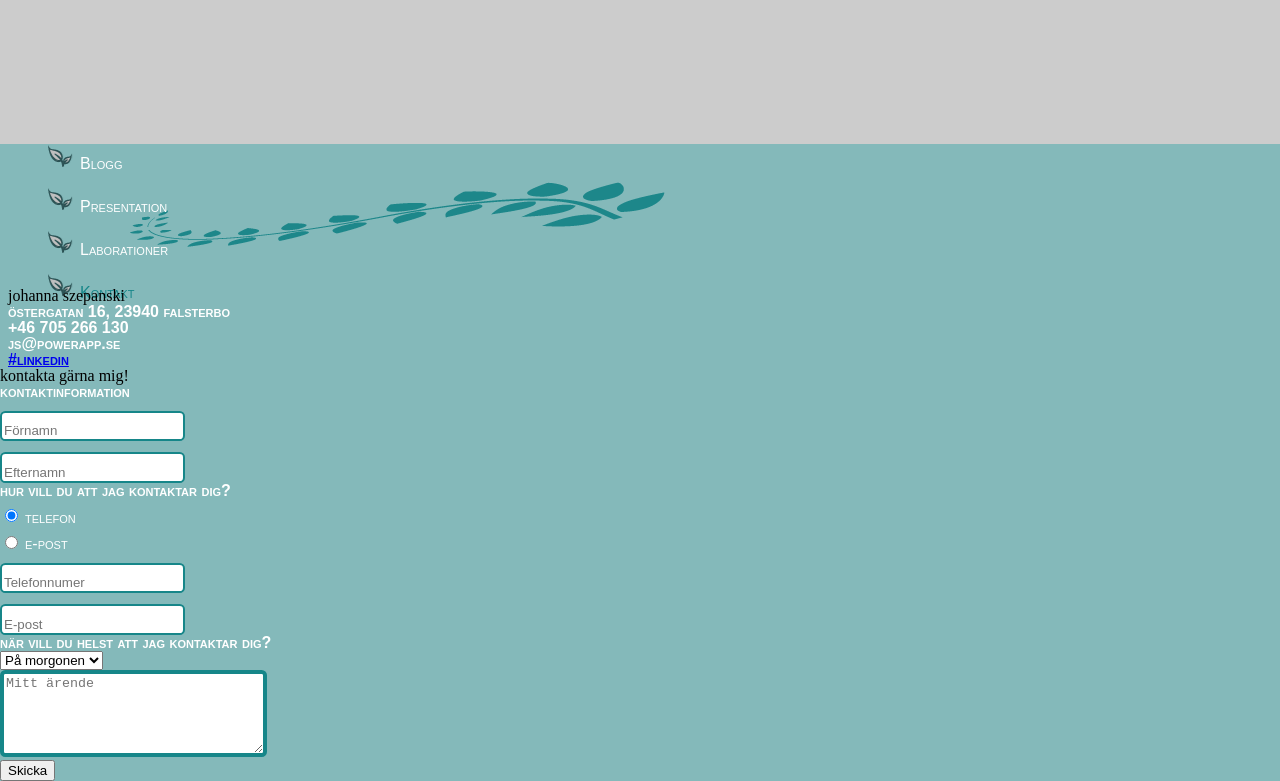
Repository: js223kz/1ik415-laborationer
Page: Pages/contact.html
The author's editor kept a record of every edit. The page is drawn from the files as they stood at one moment, then again after the next edit.
The browser window is 1280 px wide. The pictures show the whole page.

Above is the page before.

### Pages/contact.html
<!doctype html>
<html lang="sv">

<head>
    <meta charset="utf-8" />
    <title>Kontakt</title>
    <link rel="stylesheet" href="../css/style.css" type="text/css" />
</head>

<body>
    <div id="wrapper">
        <header id="contactheader">
            <nav>
                <ul>
                    <li><a href="../index.html">Blogg</a></li>
                    <li><a href="presentation.html">Presentation</a></li>
                    <li><a href="laborations.html">Laborationer</a></li>
                    <li><a href="contact.html" class="active">Kontakt</a></li>
                </ul>
            </nav>
        </header>

            <main>
                <aside class="sidebar" id="contactinfo">
                <h1 id="myname">johanna szepanski</h1>
                <h4 id="myadress">östergatan 16, 23940 falsterbo<br />

                </h4>
                <h4 id="myphone">+46 705 266 130</h4>
                <h4 id="myemail">js@powerapp.se</h4>
                <h4 id="mylinkedin"><a href="#">#linkedin</a></h4>
                </aside>

               <section id="contactform">
                    <form method="POST" action="http://voyager.lnu.se/tekinet/kurser/dtt/wp_webbintro/form.php">
                    <h1>kontakta gärna mig!</h1>
                        <div id="names">
                            <h4 class=contactinfo>kontaktinformation</h4>
                            <div><input type="text" id="firstname" name="firstname" placeholder="Förnamn"/>
                            </div>
                            <div><input type="text" id="lastname" name="lastname" placeholder="Efternamn" />
                            </div>
                        </div>

                        <div id="how">
                            <h4 class=contactinfo>hur vill du att jag kontaktar dig?</h4>
                            <div><input id="phone" value="phone" type="radio" name="detail"checked/>
                            <label for="phone">telefon</label>
                            </div>
                            <div><input id="email" value="email" type="radio" name="detail"/>
                            <label for="email">e-post</label>
                            </div>
                            <div><input type="text" placeholder="Telefonnumer"/>
                            </div>
                            <div><input type="text" placeholder="E-post"/>
                            </div>
                        </div>

                        <div id="when">
                            <h4 class=contactinfo>när vill du helst att jag kontaktar dig?</h4>
                            <select name="whenoption" id="whenoption">
                                <option checked>På morgonen</option>
                                <option>Efter lunch</option>
                                <option>På kvällen</option>
                            </select>
                        </div>

                        <div id="aboutwhat">
                            <textarea cols="30" rows="5" value="whatiwant" placeholder="Mitt ärende"></textarea>
                        </div>

                    <div id="sendbutton">
                        <button type="submit">Skicka</button>
                    </div>
                </form>
            </section>
        </main>
        <footer></footer>
    </div>
</body>
</html>

### css/style.css
/* http://meyerweb.com/eric/tools/css/reset/
   v2.0 | 20110126
   License: none (public domain)
   #455660 = header
*/

html, body, div, span, applet, object, iframe,
h1, h2, h3, h4, h5, h6, p, blockquote, pre,
a, abbr, acronym, address, big, cite, code,
del, dfn, em, img, ins, kbd, q, s, samp,
small, strike, strong, sub, sup, tt, var,
b, u, i, center,
dl, dt, dd, ol, ul, li,
fieldset, form, label, legend,
table, caption, tbody, tfoot, thead, tr, th, td,
article, aside, canvas, details, embed,
figure, figcaption, footer, header, hgroup,
menu, nav, output, ruby, section, summary,
time, mark, audio, video {
	margin: 0;
	padding: 0;
	border: 0;
	font-size: 100%;
	font: inherit;
	vertical-align: baseline;
}
/* HTML5 display-role reset for older browsers */
article, aside, details, figcaption, figure,
footer, header, hgroup, menu, nav, section {
	display: block;
}
body {
	line-height: 1;
	background-color: #cccccc;

}
ol, ul {
	list-style: none;
}
blockquote, q {
	quotes: none;
}
blockquote:before, blockquote:after,
q:before, q:after {
	content: '';
	content: none;
}
table {
	border-collapse: collapse;
	border-spacing: 0;
}

h4{
    font-size: 1em;
    font-family: 'Raleway', sans-serif;
    font-weight: 600;
    font-style: normal;
    font-variant: small-caps;
    color: #ffffff;
}
p{
    font-family: Verdana, Arial, sans-serif;
	font-size: 0.9em;
	line-height: 1.4em;
}
#wrapper{
    width: 80em;
    height: auto;
    margin-left: auto;
    margin-right: auto;
    margin-top: 0.8em;
    background-color: #84b9ba;
}
header{
    height: 9em;
    max-width: 100%;
    background: url(pics/girland.png) left no-repeat;
}
.pageheadline{
    font-family: 'Raleway', sans-serif;
    font-weight: 600;
    font-style: normal;
    font-size: 5em;
    position:relative;
    left: 5.5em;
    top: 1em;
}

nav{
    width: 30%;
    position: relative;
    margin-top: 9em;
    margin-left: 0.5em;
}
nav ul{
    width: 40%;
    margin-bottom: 2em;
    margin-left: 2.5em;
}
nav li{
    height: 2.5em;
    border-bottom: 0.2em solid #84b9ba;
    position: relative;
    background: url('pics/sprites.png') -250px 0px ;
	background-repeat: no-repeat;
}
nav li:hover{background: url('pics/sprites.png') 0px 0px; background-repeat: no-repeat;}

nav a{
    font-size: 1em;
    line-height: 2.5em;
	font-family: 'Raleway', sans-serif;
	text-decoration: none;
	font-variant: small-caps;
	color: #ffffff;
	left: 2.5em;
    padding-left: 2em;
}
nav a:link {text-decoration: none; }
nav a:visited {color: #ffffff; text-decoration: none; }

.active{
    color: #168689;
}
aside{
    width:30%;
    height: auto;
    position: relative;
    clear:both;
    margin-left: 0.5em;
}
.sidebarsection{
    background-color: #168689;
    width: 60%;
    height: 100%;
    margin-left: 2.5em;
}
.sidebarlist{
    padding-bottom: 0.8em;
    padding-top: 0.8em;
    height: auto;
}
.sidebarheadline{
    font-size: 1.5em;
    margin-left: 0.4em;
    font-family: 'Raleway', sans-serif;
    font-variant: small-caps;
}
.sidebarlistitem{
    font-size: 0.7em;
    line-height: 1.4em;
    margin-left: 1.6em;
	font-family: 'Varela', sans-serif;
	color: #ffffff;
}
.sidebarlink{
    text-decoration: underline;
    color: #ffffff;
}

.sidebarlink:link {text-decoration: underline;}
.sidebarlink:visited {color: #ffffff; text-decoration: underline;}
.sidebarlink:hover {color: #8ce9ec; text-decoration: underline;}

.contentsection{
    width: 60%;
    min-height: 700px;
    margin-bottom: 2em;
    margin-left: 35%;
    position: relative;
    margin-top: -24em;
}
.contentarticle{
	width: 100%;
	height: auto;
	margin-bottom: 20px;
	border-bottom: 0.3em solid  #168689;
}
.contentheadline{
    font-size: 2em;
	font-family: 'Raleway', sans-serif;
	font-variant: small-caps;
	color: #000000;
}
.contentlink{
    color: #ffffff;
}

.contentlink:link {text-decoration: underline;}
.contentlink:visited {color: #ffffff; text-decoration: underline;}
.contentlink:hover {color: #8ce9ec; text-decoration: underline;}

.contentparagraph{
    margin-bottom: 0.8em;
    margin-top: 0.8em;
}
.blogfooter{
    margin-top: 0.3em;
    margin-bottom: 0.8em;
	font-size: 0.7em;
	font-family: Verdana, Arial, sans-serif;
	font-style: italic;
}

/*blogimages left or right*/
.left{
	float: right;
	margin: 10px;
}
.right{
	float: left;
	margin: 10px;
}
#copycat.right{
    max-width: 200px;
    float: left;
}

.commentsection{
    width: 100%;
    margin-bottom: 0.8em;
    margin-top: 0.8em;
    margin-left: 0em;
    border-top: 0.1em dotted #168689;
    border-bottom: 0.1em dotted #168689;
}
.commentheadline{
    font-size: 2em;
	font-family: 'Raleway', sans-serif;
	font-variant: small-caps;
	color: #000000;
}
.commentpost{
    font-size: 0.8em;
	font-family: Verdana, Arial, sans-serif;
	font-style: italic;
}
.comment{
    margin-top: 0.8em;
    margin-bottom: 0.8em;
}
.commentauthor{
	font-size: 0.7em;
	font-family: Verdana, Arial, sans-serif;
	font-style: italic;
	margin-bottom: 0.8em;
}
#pagebottom{
    width: 100%;
    height: 2em;
    background-color: #168689;
    clear: both;
}

/*laboration page*/
.gradetable{
    margin-left: 2.5em;
}
.gradetable h1{
    font-size: 1.5em;
    margin-left: 0em;
    margin-top: 1em;
    margin-bottom: 0.2em;
    font-family: 'Raleway', sans-serif;
    font-variant: small-caps;
}
table {
	margin-top: 0em;
}
thead tr th{
    padding: 6px 6px 6px 6px;
	border: 1px solid #ffffff;
}
tfoot tr th{
	border: 1px solid #ffffff;
	padding: 6px 6px 6px 6px;
}
tr{
	border: 1px solid #ffffff;
	padding: 6px 6px 6px 6px;
	font-size: 0.7em;
	line-height: 1.1em;
	font-family: Verdana, Arial, sans-serif;
	color: #000000;
}
td{
	border: 1px solid #ffffff;
	padding: 6px 6px 6px 6px;
}
dl{
    margin-bottom: 0.8em;
}

dt{
	font-family: Verdana, Arial, sans-serif;
	font-size: 0.9em;
	line-height: 1.4em;
}
dd {
	font-family: Verdana, Arial, sans-serif;
	font-size: 0.9em;
	line-height: 1.4em;
}
#contactsidebarsection{
    width: 80%;
}
#contactinfosection{
    height: auto;
    width: 100%;
}
#hcard-Johanna-Szepanski{
    font-size: 1em;
    padding-top: 0.8em;
    padding-bottom: 0.8em;
    line-height: 1.4em;
    text-align: center;
    font-family: Verdana, Arial, sans-serif;
    font-variant: small-caps;
    color: #fff;
}
.formheadlines{
    margin-top: 0.8em;
}
input{
    padding-top: 0.8em;
    margin-top: 0.8em;
    border: 0.2em solid  #168689;
    border-radius: 0.4em;
}
label{
    font-size: 1em;
    font-family: 'Raleway', sans-serif;
    font-variant: small-caps;
    color: #ffffff;
}
textarea{
    border: 0.3em solid  #168689;
    border-radius: 0.4em;
}
.education{
    width: 47%;
    height: auto;
    float: left;
    background-color: #168689;
}
.workexperience{
    width: 47%;
    height: auto;
    float: left;
    margin-left: 6%;
    background-color: #168689;
}
#pagebottom{
    width: 100%;
    height: 3em;
    background-color: #168689;
    clear: both;
}

After the next edit:
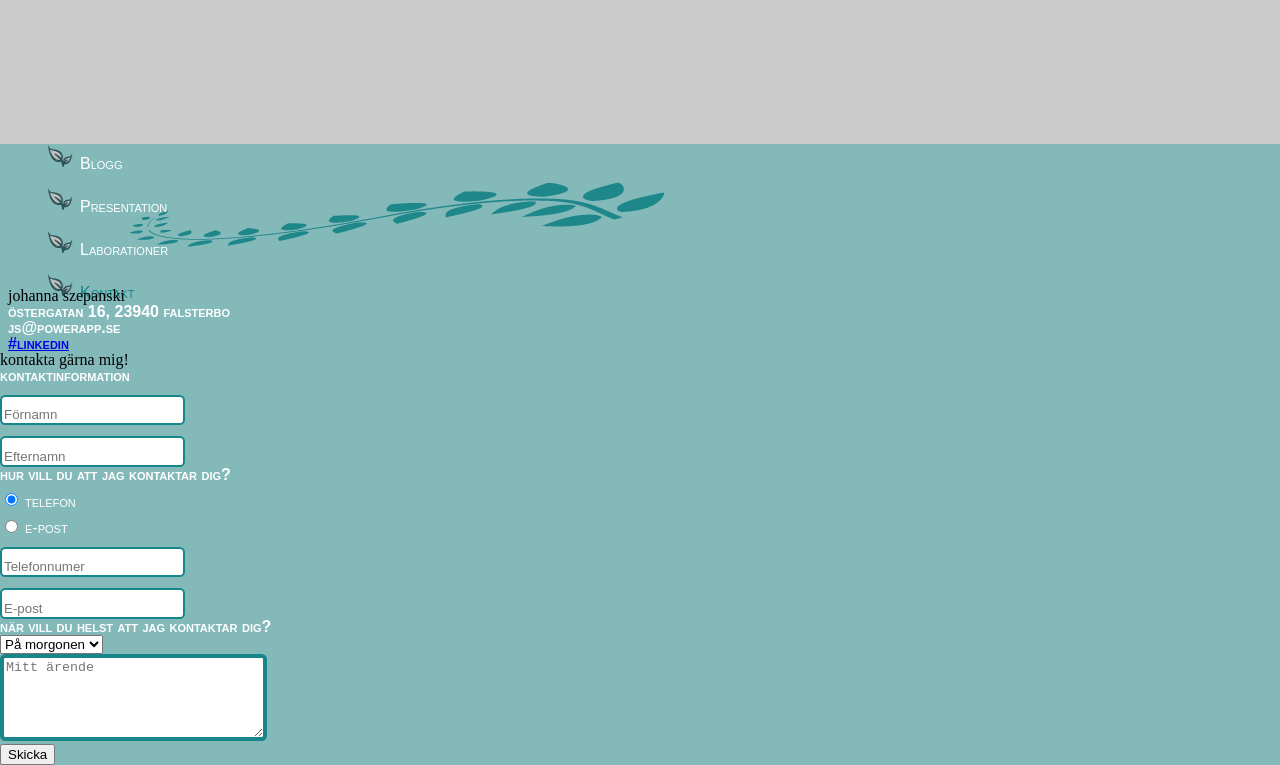
The edit:
--- a/Pages/contact.html
+++ b/Pages/contact.html
@@ -26,7 +26,7 @@
                 <h4 id="myadress">östergatan 16, 23940 falsterbo<br />
 
                 </h4>
-                <h4 id="myphone">+46 705 266 130</h4>
+                <h4 id="myphone"></h4>
                 <h4 id="myemail">js@powerapp.se</h4>
                 <h4 id="mylinkedin"><a href="#">#linkedin</a></h4>
                 </aside>

After the edit that followed:
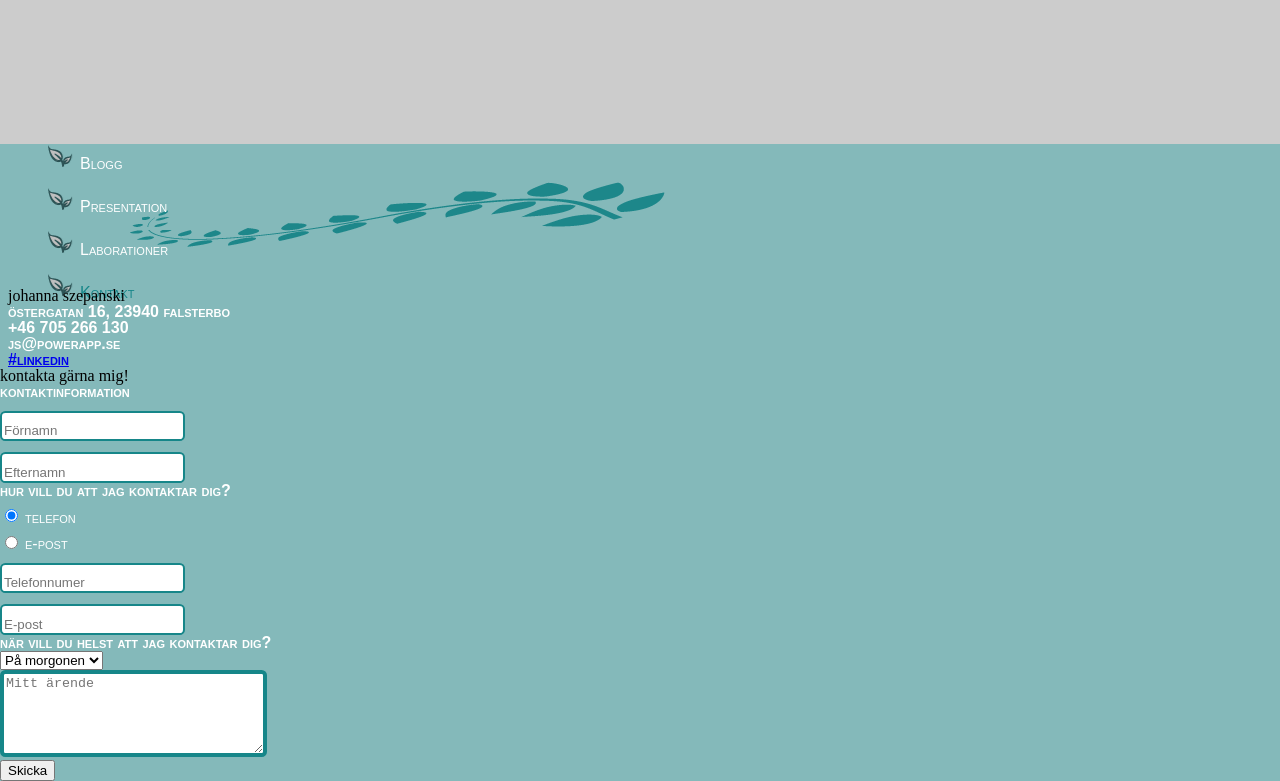
The edit:
--- a/Pages/contact.html
+++ b/Pages/contact.html
@@ -23,7 +23,7 @@
             <main>
                 <aside class="sidebar" id="contactinfo">
                 <h1 id="myname">johanna szepanski</h1>
-                <h4 id="myadress">östergatan 16, 23940 falsterbo<br />
+                <h4 id="myadress">östergatan 16, 23940 falsterbo<br />+46 705 266 130<br />
 
                 </h4>
                 <h4 id="myphone"></h4>
